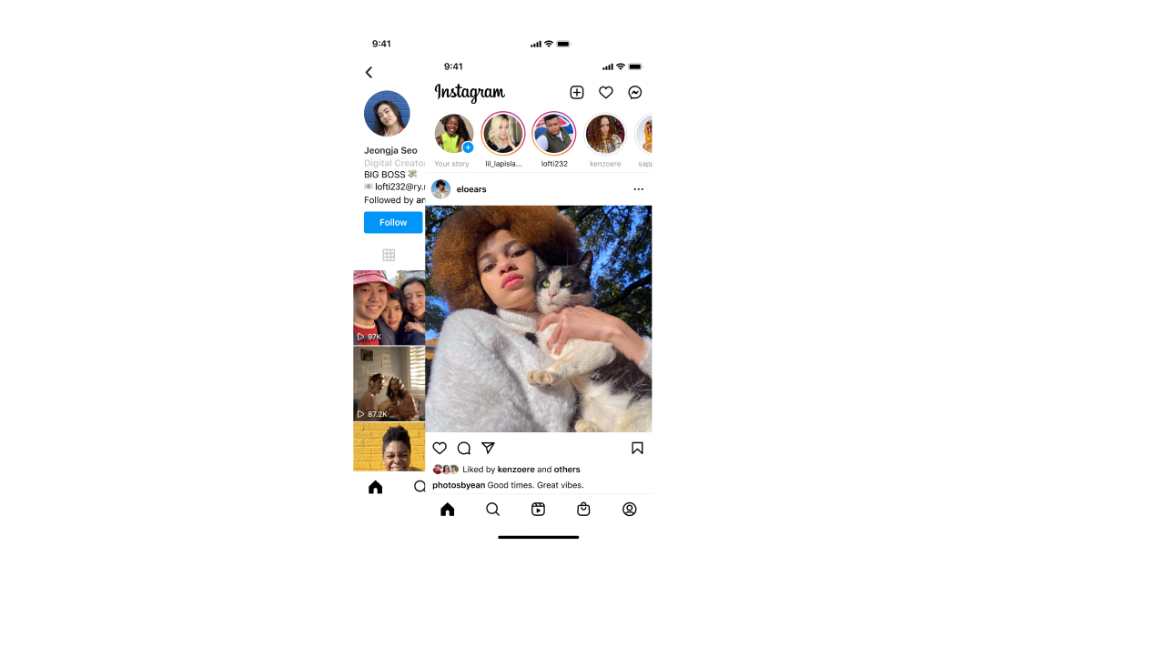
Repository: Harjot00/Wevdev
Page: instagram login page/login.html
An editor plug-in stored every save of this project. The page is shown before and after the next save, followed by the edit.
The browser window is 1280 px wide. The pictures show the whole page, at 91% of full size.

Above is the page before, as saved 2022-04-03 10:23:02.

After the next save:
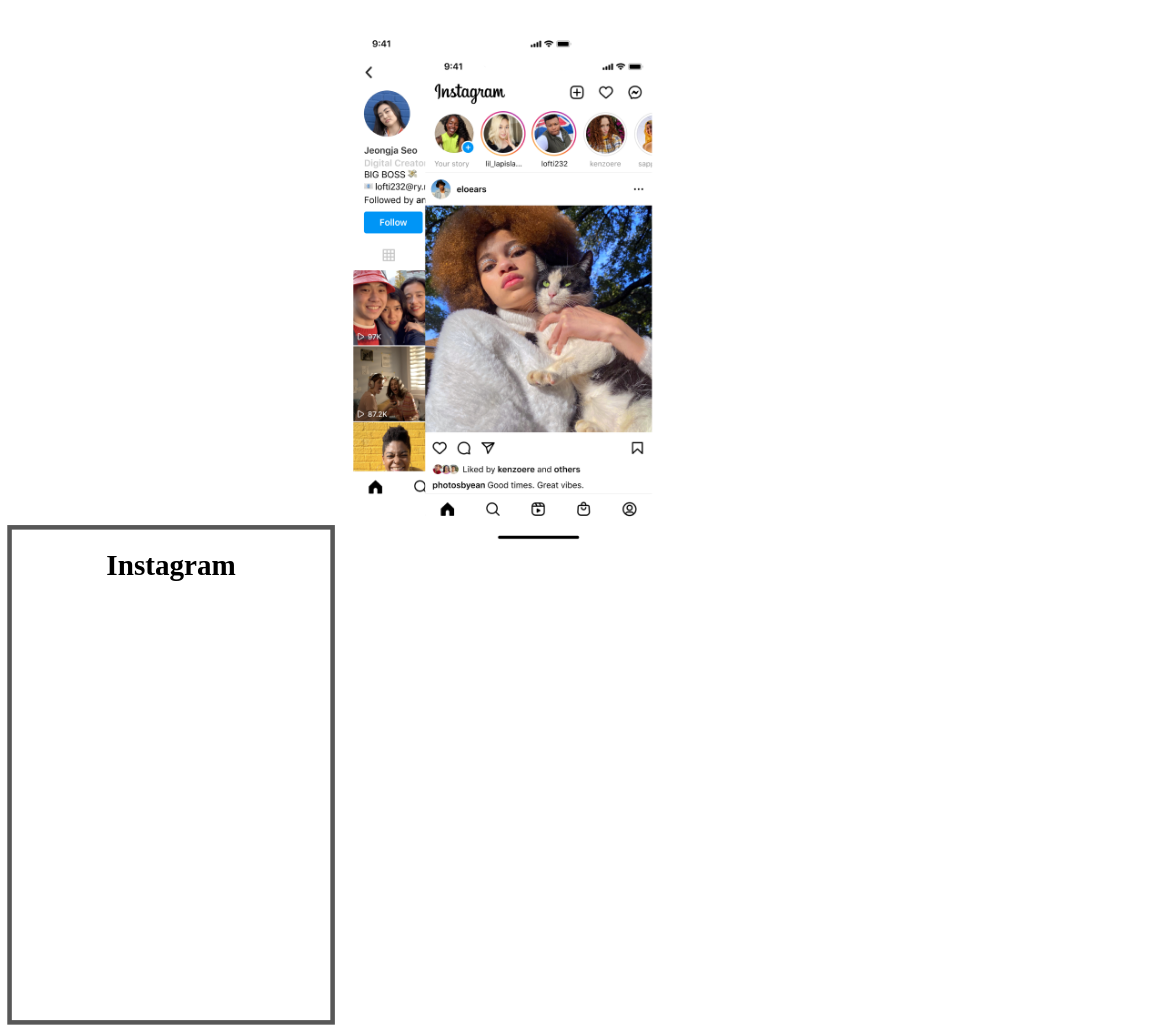
Saved 55 s later.
--- a/instagram login page/login.html
+++ b/instagram login page/login.html
@@ -13,8 +13,8 @@
         <img src="static/instagram2.png"  alt="">
         <img src="static/instagram1.png" id="overlay" alt="">
 
-        <div>
-
+        <div id="login">
+            <h1>Instagram</h1>
         </div>
     </div>
 </body>
